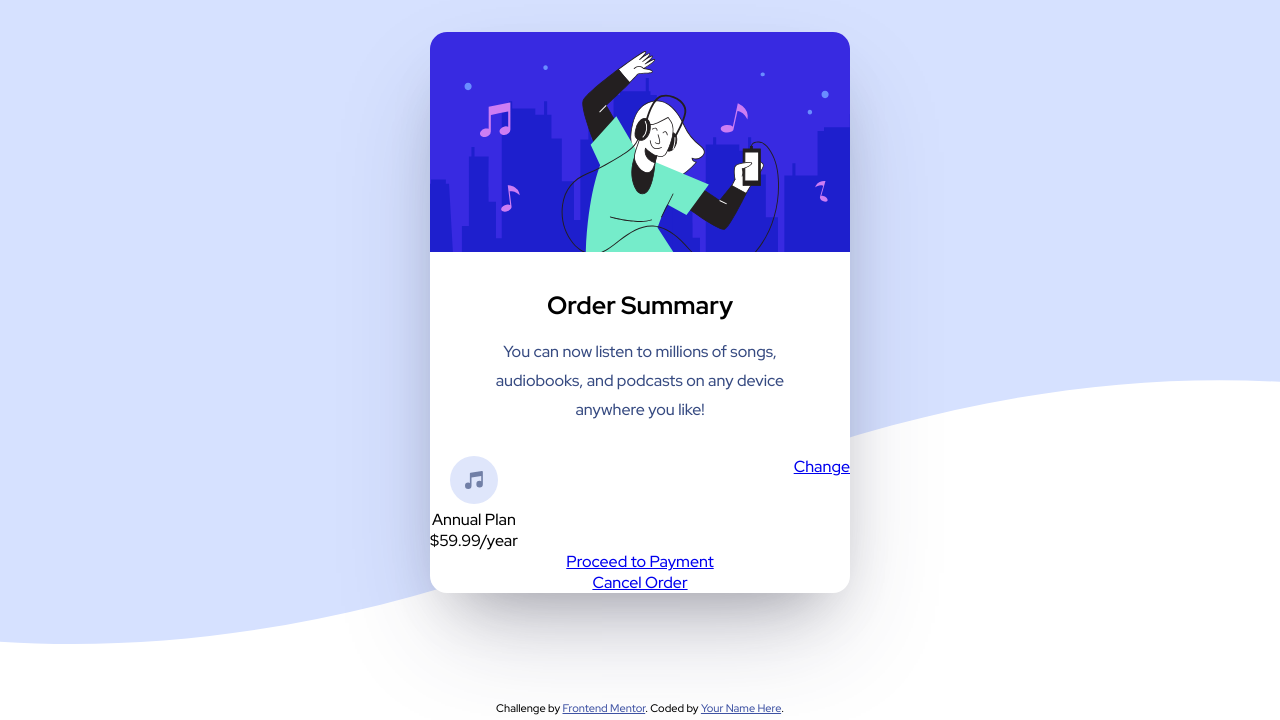
Repository: DejV44/order-summary-frontend
Page: index.html
These files come from the project's save history. The page is drawn as it stood at one moment and after the next save; the edit follows.
The browser window is 1280 px wide. The pictures show the whole page.
The style sheet was rebuilt from its Sass, Less or Tailwind sources for each picture, by a compiler version that may differ from the author's.

Above is the page before, as saved 2021-08-12 21:20:42.

After the next save:
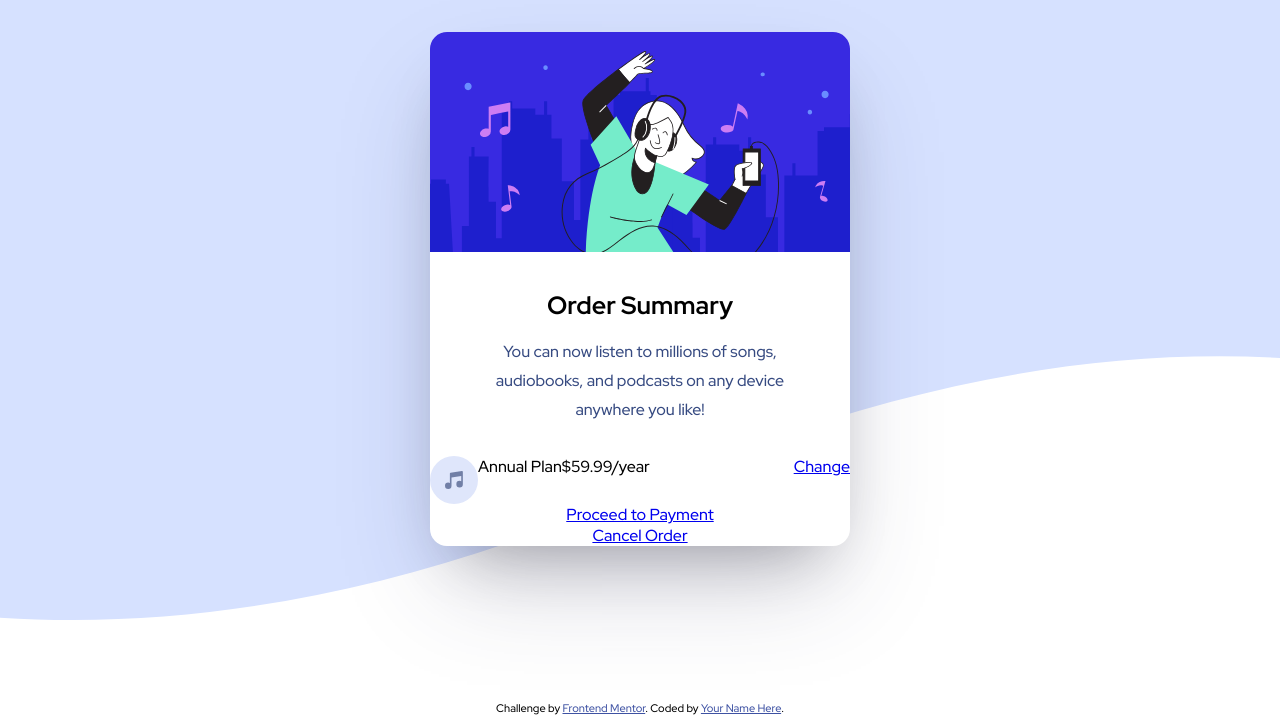
Saved 81 s later.
--- a/css/style.scss
+++ b/css/style.scss
@@ -27,4 +27,8 @@ body {
 .price_container {
     display: flex;
     justify-content: space-between;
+
+    .annual {
+        display: flex;
+    }
 }
